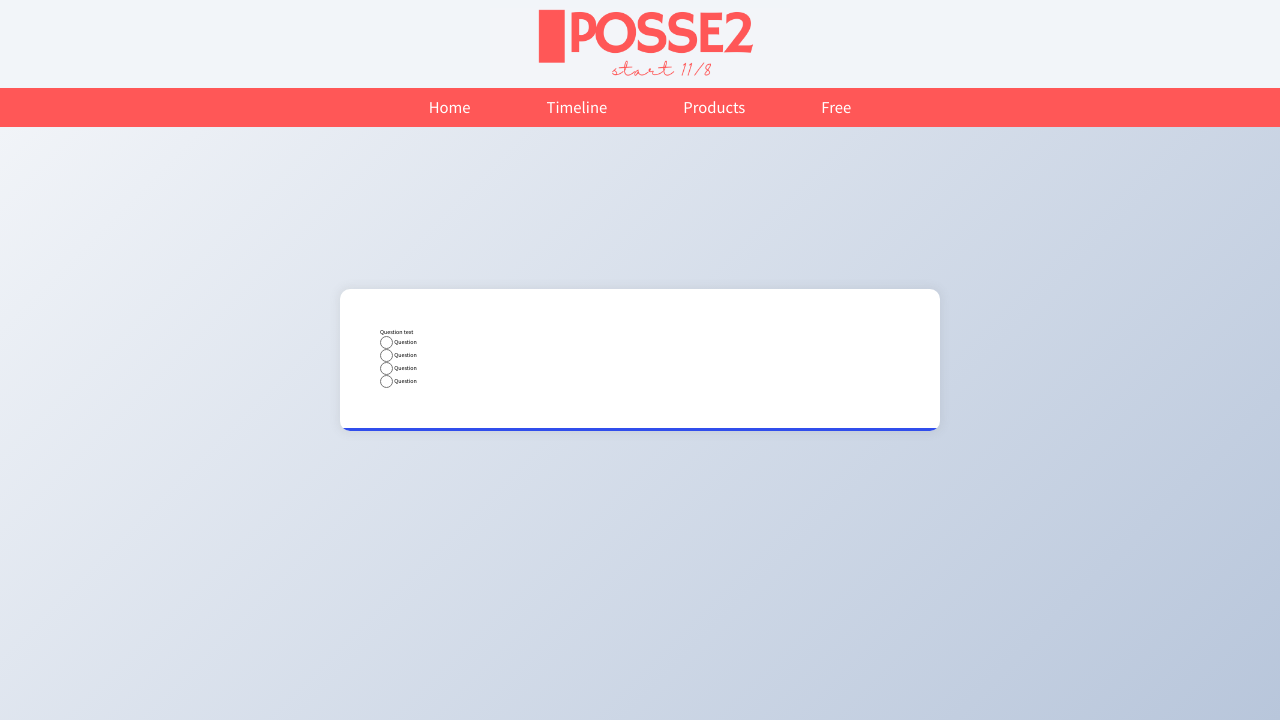
Repository: posse-ap/posse2-hackathon-202202-team2B
Page: src/html/top.html
These files come from the project's save history. The page is drawn as it stood at one moment and after the next save; the edit follows.
The browser window is 1280 px wide. The pictures show the whole page.
The style sheet was rebuilt from its Sass, Less or Tailwind sources for each picture, by a compiler version that may differ from the author's.

Above is the page before, as saved 2022-02-14 19:05:48.
Console error: SyntaxError: Cannot use import statement outside a module

### src/html/top.html
<!DOCTYPE html>
<html lang="ja">
<head>
    <meta charset="UTF-8">
    <meta http-equiv="X-UA-Compatible" content="IE=edge">
    <meta name="viewport" content="width=device-width, initial-scale=1.0">
    <title>トップページ</title>
    <link rel="stylesheet" href="/src/reset.css">
    <link rel="stylesheet" href="../css/top.css">
</head>
<body>
    <header>
        <h1 class="logo">
            <a href="#" ><img src="/src/image/10.png" alt="Travel Blog"></a>
        </h1>
        <ul>
            <div class="lists">
                <li><a href="" class="list hover_action">Home</a></li>
                <li><a href="" class="list hover_action">Timeline</a></li>
                <li><a href="" class="list hover_action">Products</a></li>
                <li><a href="" class="list hover_action">Free</a></li>
            </div>
        </ul>
    </header>

<!-- クイズ -->
    <div id="quiz-container">
        <div id="quiz-header">
          <h2 id="question">Question text</h2>

          <form id="quiz-form" name="quizForm">
            <ul>
              <li>
                <input type="radio" id="a" name="answer" value="a" />
                <label id="a-text" for="a">Question</label>
              </li>
              <li>
                <input type="radio" id="b" name="answer" value="b" />
                <label id="b-text"  for="b">Question</label>
              </li>
              <li>
                <input type="radio" id="c" name="answer" value="c" />
                <label id="c-text"  for="c">Question</label>
              </li>
              <li>
                <input type="radio" id="d" name="answer" value="d" />
                <label id="d-text"  for="d">Question</label>
              </li>
            </ul>
          </form>
        </div>

        <button id="submit">回答する</button>

        <!-- 結果表示用の要素 -->
        <div id="results-container">
          <div id="results-header">
            <h2 id="results"></h2>
            <button id="next-quiz">次の問題へ</button>
          </div>
        </div>
      </div>

      <script src="index.js"></script>
</body>
    </html>

### src/js/index.js
// クイズデータを読み込む
import { quizDataJp } from './quiz_data_jp.js';

// 問題文
const questionElm = document.getElementById('question');

// 選択肢
const a_text = document.getElementById('a-text');
const b_text = document.getElementById('b-text');
const c_text = document.getElementById('c-text');
const d_text = document.getElementById('d-text');

// 回答送信ボタン
const submitBtn = document.getElementById('submit');

// 現在の問題
let currentQuiz = 0;

// 現在のスコア
let score = 0;

// 次の問題へ進むボタン
const nextQuizBtn = document.getElementById('next-quiz');

// 結果表示用の要素
const quizHeaderElm = document.getElementById('quiz-header');
const resultsConElm = document.getElementById('results-container');
const resultsElm = document.getElementById('results');

loadQuiz();

// 問題を読み込む
function loadQuiz() {
  // 問題を取得
  const currentQuizData = quizDataJp[currentQuiz];

  // 質問文を表示
  questionElm.innerText = currentQuizData.question;

  // 選択肢を表示
  a_text.innerText = currentQuizData.a;
  b_text.innerText = currentQuizData.b;
  c_text.innerText = currentQuizData.c;
  d_text.innerText = currentQuizData.d;
}

// 回答を取得
function getAnswered() {

  // 選択したラジオボタンのvalueを返す
  return document.quizForm.answer.value;
}

// 結果表示
function showResults(results) {
  quizHeaderElm.style.display = 'none';
  submitBtn.style.display = 'none';
  resultsConElm.style.display = 'block';
  resultsElm.innerText = results;
}

// 次の問題を表示
function showQuiz() {
  quizHeaderElm.style.display = 'block';
  submitBtn.style.display = 'block';
  resultsConElm.style.display = 'none';
}

// 採点
function checkScore() {
  if (score == quizDataJp.length) {
    return '全問正解！おめでとう！';
  } else {
    return '曲を聞いてもう一回挑戦しよう！';
  }
}

submitBtn.addEventListener('click', event => {
  event.preventDefault();

  // 回答を取得
  const answer = getAnswered();

  // 回答している
  if(answer) {

    // 正誤判定
    if (answer === quizDataJp[currentQuiz].correct) {
      showResults('正解！');
      score++;
    } else {
      showResults('残念...');
    }

    // ラジオボタンの選択を解除する
    document.getElementById(answer).checked = false;
  }
});

nextQuizBtn.addEventListener('click', event => {
  event.preventDefault();

  // 次の問題へ進む
  currentQuiz++;

  // まだ問題が残っている
  if (currentQuiz < quizDataJp.length) {
    // 次の問題を読み込む
    loadQuiz();

    // 問題を表示する
    showQuiz();

  // 全ての問題に回答した
  } else {
    alert(checkScore());
    window.location.reload();
  }
});

### src/sass/top-sass/top.scss
html{
    font-size: 6.25%;
}

body{
background-color: aqua;

}

// ヘッダー
header{
    height:1.07rem;
    position: fixed;
    width: 100%;
    top:0;
    z-index: 1;
}

a{
    cursor: pointer;
}

.logo {
    height: 88.0rem;
    background-color: #F2F5F9;
    width: 100%;
    text-align: center;
    // margin:0 120rem;
    padding:8rem 0rem 0rem 0rem;
}

header img{
    height: 80rem;
    width: 300rem;
    object-fit: cover;
}

header ul{
    height: 39rem;
    background-color: #FF5757;
    color: white;
    display: flex;
    font-size: 12.63rem;
}

.lists{
    // margin: 0 135rem;
    display: flex;
    margin: 0 auto;
    text-align: center;
    align-items: center;
}

header li{
    list-style-type: none;
    display: inline-block;
    margin:0 38rem;
    text-align: center;
    font-size: 16.63rem;
}

.list{
    color: white;
}

.hover_action{
    position: relative;
}
.hover_action::after {
    position: absolute;
    bottom: -4px;
    left: 0;
    content: '';
    width: 100%;
    height: 2px;
    padding-bottom: 1px;
    background: white;
    transform: scale(0, 1);
    transform-origin: left top;
    transition: transform .3s;
  }
  .hover_action:hover::after {
    transform: scale(1, 1);
  }

// クイズ
@import url('https://fonts.googleapis.com/css2?family=Source+Sans+Pro&display=swap');

* {
  box-sizing: border-box;
}

body {
  background-color: #b8c6db;
  background-image: linear-gradient(315deg, #b8c6db 0%, #f5f7fa 100%);
  display: flex;
  align-items: center;
  justify-content: center;
  font-family: 'Source Sans Pro', sans-serif;
  margin: 0;
  min-height: 100vh;
}

#quiz-container {
  background-color: white;
  border-radius: 10px;
  box-shadow: 0 0 10px 2px rgba(100, 100, 100, 0.1);
  overflow: hidden;
  width: 600px;
  max-width: 100%;
  display: unset;
}

#quiz-header {
  padding: 40rem;
}

h2 {
  margin: 0;
}

ul {
  list-style-type: none;
  padding: 0;
}

ul li {
//   font-size: 1.2rem;
//   margin: 1rem 0;
}

ul li input {
  cursor: pointer;
}

ul li label {
  cursor: pointer;
}

button {
  background-color: #304dec;
  border: none;
  color: white;
  cursor: pointer;
  display: block;
  font-family: inherit;
  font-size: 1.1rem;
  width: 100%;
  padding: 1.3rem;
}

button:hover {
  background-color: #233bc4;
}

#results-container {
  display: none;
  align-items: center;
}

#results-header {
  text-align: center;
  justify-content: center;
}

#results {
  padding: 2rem 0;
}


@media(max-width:600px) {
    header .lists{
    /* 横スクロールを表示 */
    overflow-x: scroll;
    margin: 0;
    white-space: nowrap;
    }

    header  li{
        margin: 0rem;
        padding: 10rem 60rem 10rem 0;
    }

    .logo{
        margin: 0;
    }

    header ul{
        display: block;
        padding: 0 16rem;
    }
}

Loaded but not shown: src/reset.css (common file)

After the next save:
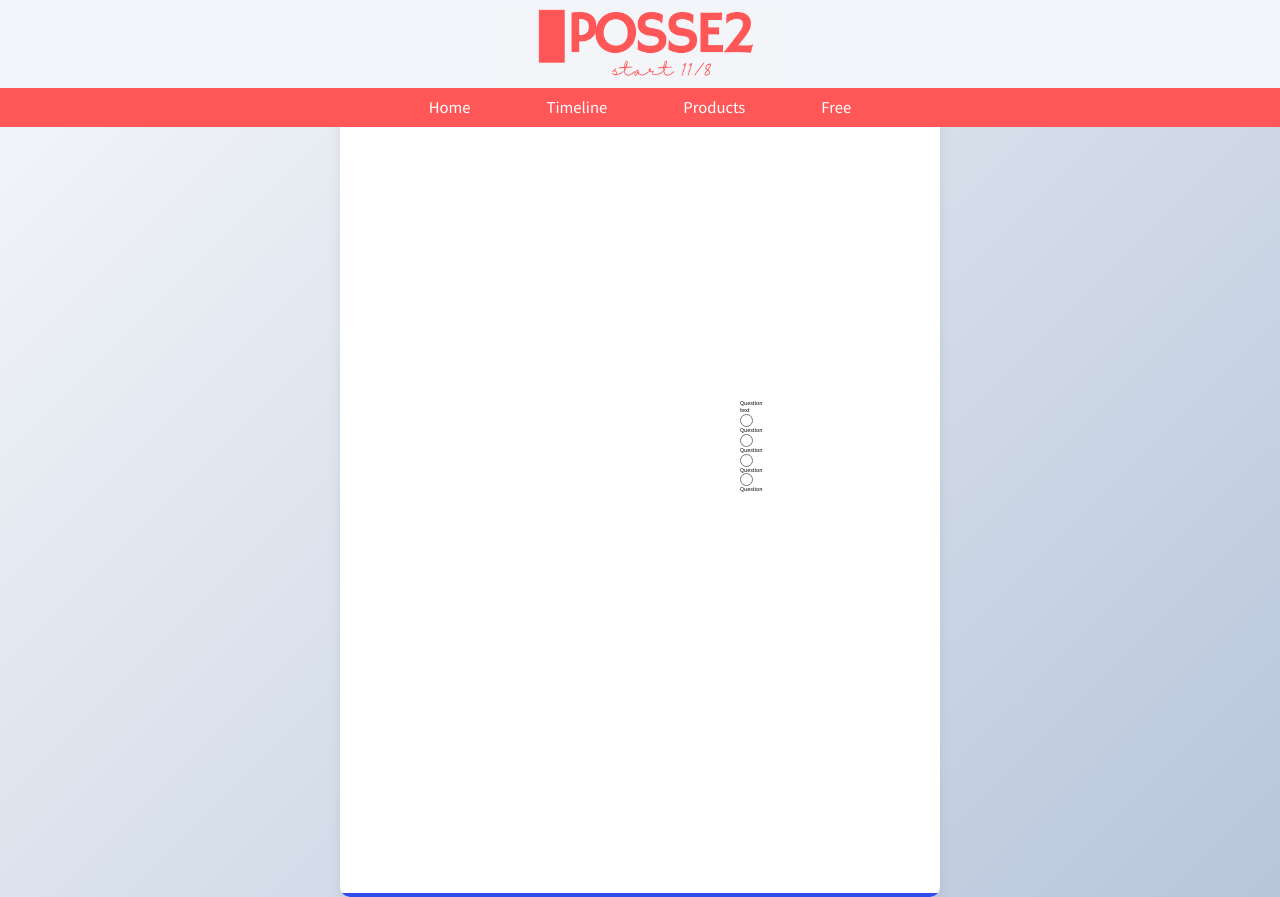
Saved 5 s later.
--- a/src/sass/top-sass/top.scss
+++ b/src/sass/top-sass/top.scss
@@ -112,7 +112,7 @@
 }
 
 #quiz-header {
-  padding: 40rem;
+  padding: 400rem;
 }
 
 h2 {

After the save that followed:
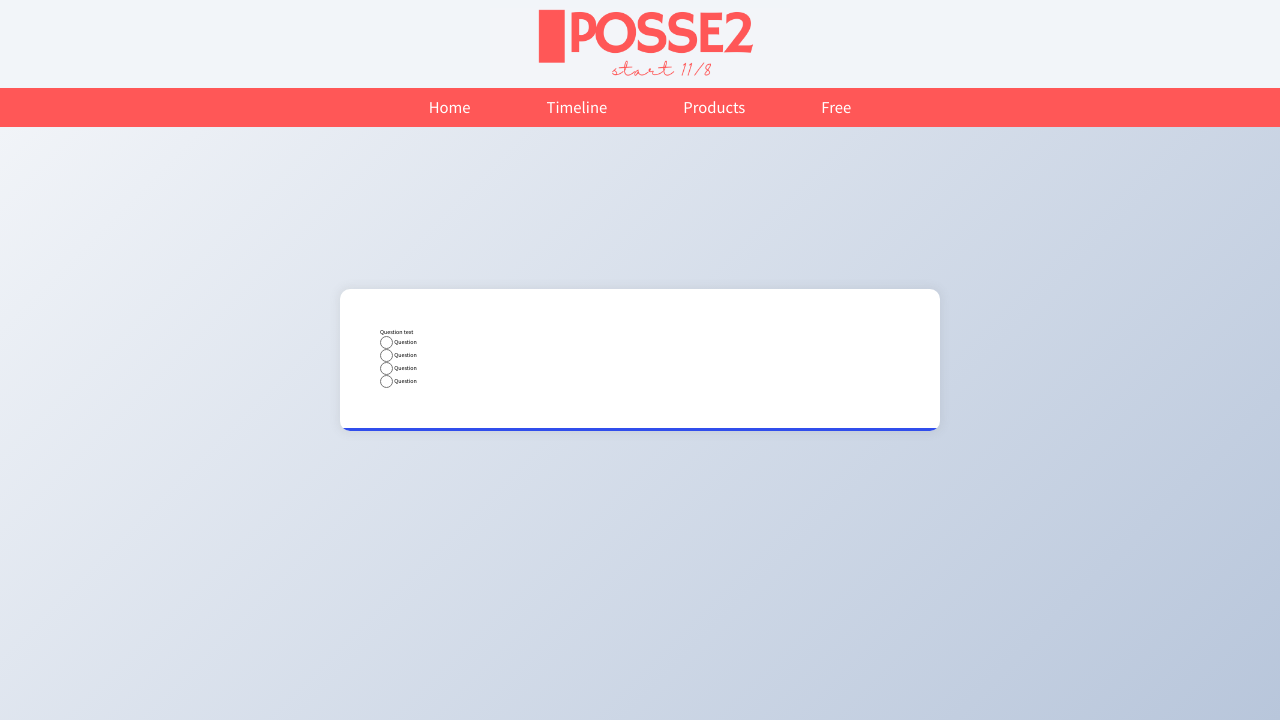
Saved 4 s later.
--- a/src/sass/top-sass/top.scss
+++ b/src/sass/top-sass/top.scss
@@ -112,7 +112,7 @@
 }
 
 #quiz-header {
-  padding: 400rem;
+  padding: 40rem;
 }
 
 h2 {
